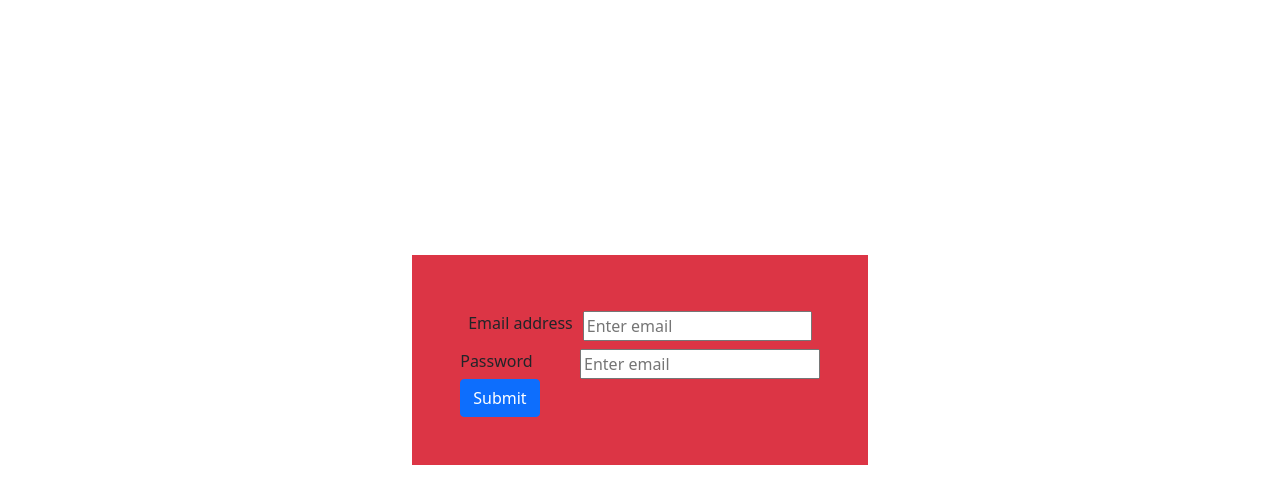
Repository: mariamkhaledsapra/E-Commerce-main
Page: /login
An editor plug-in stored every save of this project. The page is shown before and after the next save, followed by the edit.
The browser window is 1280 px wide. The pictures show the whole page.
The project was rebuilt for these pictures with package versions that can differ from the ones it lists, and the page was loaded fresh each time. Also part of the build but not shown: src/App.css, src/components/Navbar.jsx, src/App.js.

Above is the page before, as saved 2024-02-13 22:02:07.

### public/index.html
<!DOCTYPE html>
<html lang="en">
  <head>
    <meta charset="utf-8" />
    <link rel="icon" href="%PUBLIC_URL%/favicon.ico" />
    <meta name="viewport" content="width=device-width, initial-scale=1" />
    <meta name="theme-color" content="#000000" />
    <meta
      name="description"
      content="Web site created using create-react-app"
    />
    <link href="https://cdn.jsdelivr.net/npm/bootstrap@5.1.3/dist/css/bootstrap.min.css" rel="stylesheet" integrity="sha384-1BmE4kWBq78iYhFldvKuhfTAU6auU8tT94WrHftjDbrCEXSU1oBoqyl2QvZ6jIW3" crossorigin="anonymous">

    <title>React App</title>
  </head>
  <body>
    <div id="root"></div>
  </body>
</html>

### src/index.js
import React from "react";
import ReactDOM from "react-dom/client";
import "./index.css";
import App from "./App";
import reportWebVitals from "./reportWebVitals";
import { createBrowserRouter, RouterProvider } from "react-router-dom";
import Login from "./components/Login";
import Navbar from "./components/Navbar";

const Routes = createBrowserRouter([
  {
    path: "/",
    element: <App />,
  },
  {
    path: "/login",
    element: <Login />,
  },
]);

const root = ReactDOM.createRoot(document.getElementById("root"));
root.render(
  <RouterProvider router={Routes}>
    <App />
  </RouterProvider>
);

reportWebVitals();

### src/index.css
body {
  display: flex;

  justify-content: center;

  align-items: center;

  height: 100vh;

  margin: 0;
}
/* .login {
  position: absolute;
  top: 50%;
  left: 50%;
  width: 100%;
  transform: translate(-50%, -50%);
  -webkit-transform: translate(-50%, -50%);
  -moz-transform: translate(-50%, -50%);
  -ms-transform: translate(-50%, -50%);
  -o-transform: translate(-50%, -50%);
} */

### src/components/Login.jsx
import React from "react";

const Login = () => {
  return (
    <div class="login-form w-100 bg-danger ">
      <form class="p-5">
        <div class="d-flex p-2">
          <label for="email" class="col-4">
            Email address
          </label>

          <input
            type="email"
            class="col-8"
            id="email"
            placeholder="Enter email"
          />
        </div>
        <div class="d-flex">
          <label for="email" class="col-4">
            Password
          </label>

          <input
            type="email"
            class="col-8"
            id="email"
            placeholder="Enter email"
          />
        </div>

        <button type="submit" class="btn btn-primary">
          Submit
        </button>
      </form>
    </div>
  );
};

export default Login;

Loaded but not shown: src/reportWebVitals.js (common file)

After the next save:
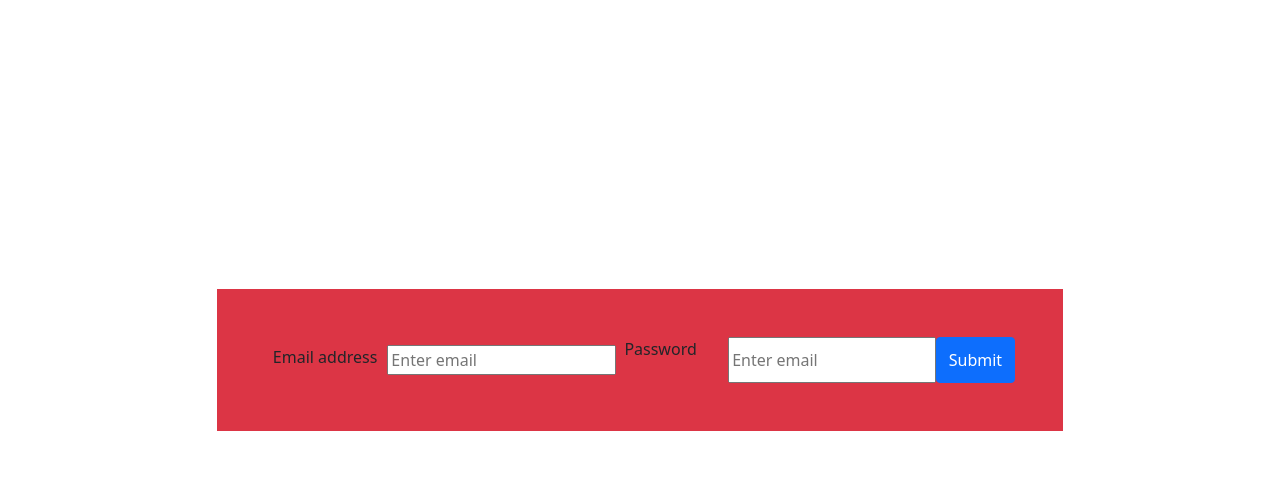
Saved 12 s later.
--- a/src/components/Login.jsx
+++ b/src/components/Login.jsx
@@ -3,7 +3,7 @@ import React from "react";
 const Login = () => {
   return (
     <div class="login-form w-100 bg-danger ">
-      <form class="p-5">
+      <form class="p-5 d-flex">
         <div class="d-flex p-2">
           <label for="email" class="col-4">
             Email address
